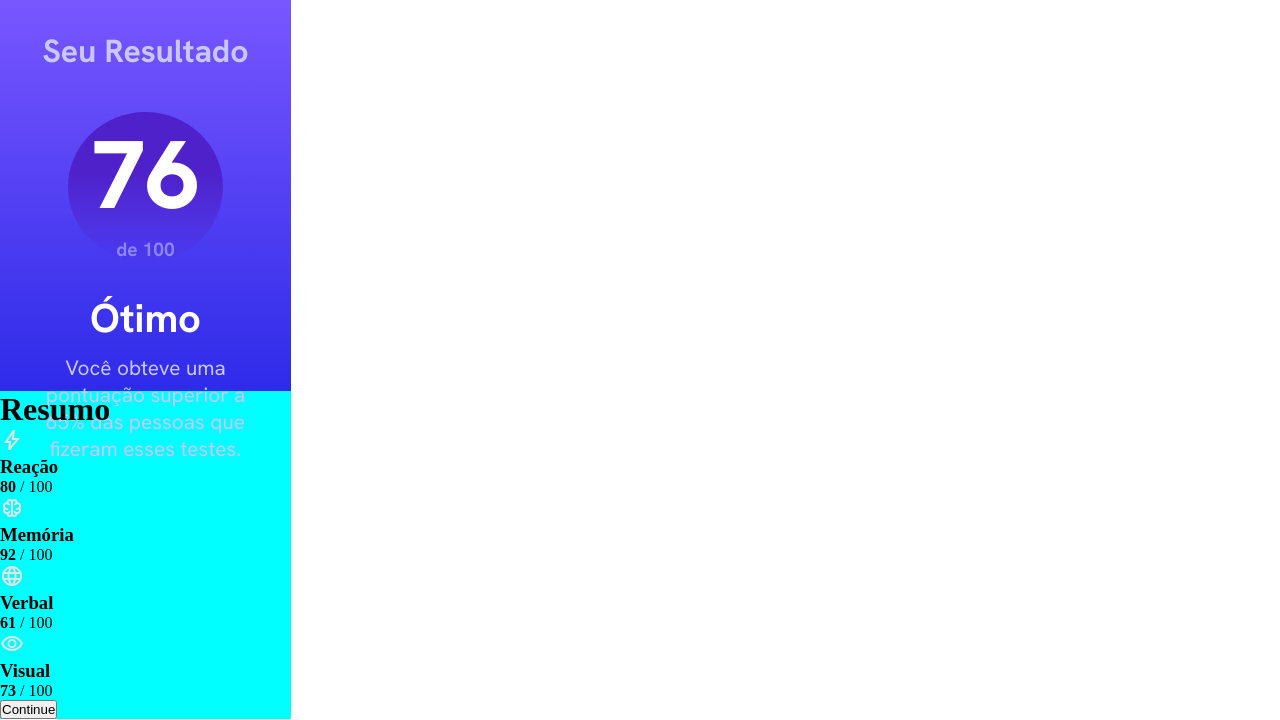
Repository: caique2512/resumo-de-resultados
Page: index.html
The author's editor kept a copy of each file at every save. The page is drawn from the files as they stood at one save, then again after a run of saves.
The browser window is 1280 px wide. The pictures show the whole page.

Above is the page before, as saved 2026-03-09 17:15:18.

### index.html
<!DOCTYPE html>
<html lang="pt-br">
<head>
    <meta charset="UTF-8">
    <meta name="viewport" content="width=device-width, initial-scale=1.0">
    <title>Resumo de Resultados</title>
    <link rel="stylesheet" href="src/css/estilos.css">
    <link rel="stylesheet" href="src/css/reset.css">
</head>
<body>
    <main class="conteudo">
        <div class="principal">
            <h1 class="titulo">Seu Resultado</h1>
            <div class="circulo">
                <h2>76</h2>
                <p>de 100</p>
            </div>
            <h2 class="avaliacao">Ótimo</h2>
            <p class="subtitle">Você obteve uma pontuação superior a 65% das pessoas que fizeram esses testes.</p>
        </div>
        <div class="resultado">
            <h1 class="titulo1">Resumo</h1>
            <div class="classes">
                <div class="resumo1">
                    <img src="./src/images/raio.svg" alt="Raio">
                    <h3>Reação</h3>
                    <p><strong>80</strong> / 100</p>
                </div>
                <div class="resumo2">
                    <img src="./src/images/memoria.svg" alt="Memória">
                    <h3>Memória</h3>
                    <p><strong>92</strong> / 100</p>
                </div>
                <div class="resumo3">
                    <img src="./src/images/mensagem.svg" alt="Mensagem">
                    <h3>Verbal</h3>
                    <p><strong>61</strong> / 100</p>
                </div>
                <div class="resumo4">
                    <img src="./src/images/olho.svg" alt="olho">
                    <h3>Visual</h3>
                    <p><strong>73</strong> / 100</p>
                </div>
            </div>
            <button class="btn-resumo">Continue</button>
        </div>
    </main>
</body>
</html>

### src/css/estilos.css
@import url('https://fonts.googleapis.com/css2?family=Hanken+Grotesk:ital,wght@0,100..900;1,100..900&display=swap');


.principal {
    background: linear-gradient(hsl(252, 100%, 67%), hsl(241, 81%, 54%));
    width: 291px;
    height: 391px;
    display: flex;
    flex-direction: column;
    align-items: center;
}

.titulo {
    color: hsl(241, 100%, 89%);
    font-family: "Hanken Grotesk";
    margin-top: 30px;
    font-size: 2rem;
}

.circulo {
    background: linear-gradient(hsla(256, 72%, 46%, 1) 40%, hsla(241, 72%, 46%, 0));
    width: 155px;
    height: 155px;
    border-radius: 50%;
    display: flex;
    align-items: center;
    justify-content: center;
    flex-direction: column;
    margin-top: 2.5rem;
}

.circulo h2 {
    font-size: 6rem;
    font-family: "Hanken Grotesk";
    font-weight: 800;
    color: hsl(0, 0%, 100%);
}

.circulo p {
    color: hsla(241, 100%, 89%, 0.538);
    font-family: "Hanken Grotesk";
    font-weight: 700;
    font-size: 1.2rem;
}

.principal .avaliacao {
    color: white;
    font-family: "Hanken Grotesk";
    margin-top: 30px;
    font-size: 2.5rem;

}

.principal .subtitle {
    color: hsl(241, 100%, 89%);
    font-family: "Hanken Grotesk";
    width: 230px;
    display: flex;
    text-align: center;
    margin: 10px;
    font-size: 1.3rem;
}

.resultado {
    background-color: aqua;
    width: 291px;
}

### src/css/reset.css


* {
    margin: 0;
    padding: 0;
    box-sizing: border-box;
}

After the next 3 saves:
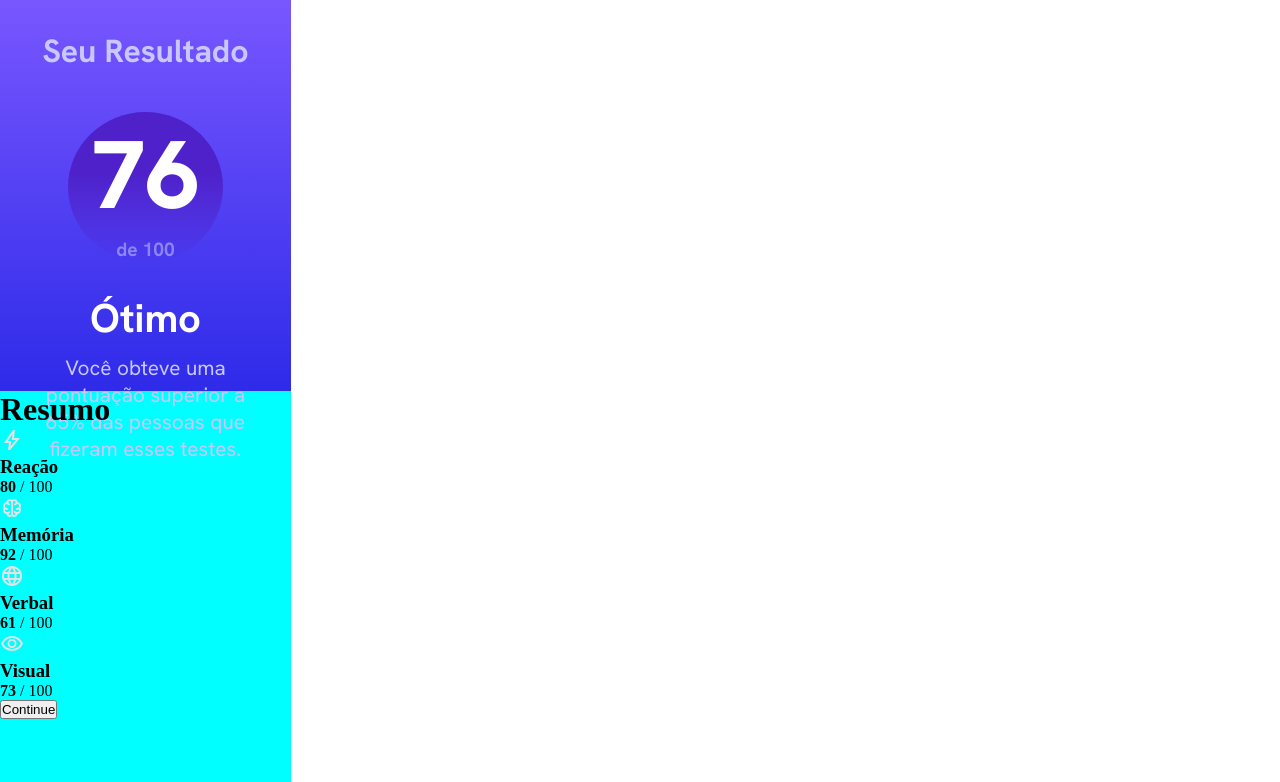
The 3 saves are shown as one change because they came seconds apart.
The last was saved 9 s later.
--- a/src/css/estilos.css
+++ b/src/css/estilos.css
@@ -64,4 +64,5 @@
 .resultado {
     background-color: aqua;
     width: 291px;
+    height: 391px;
 }
